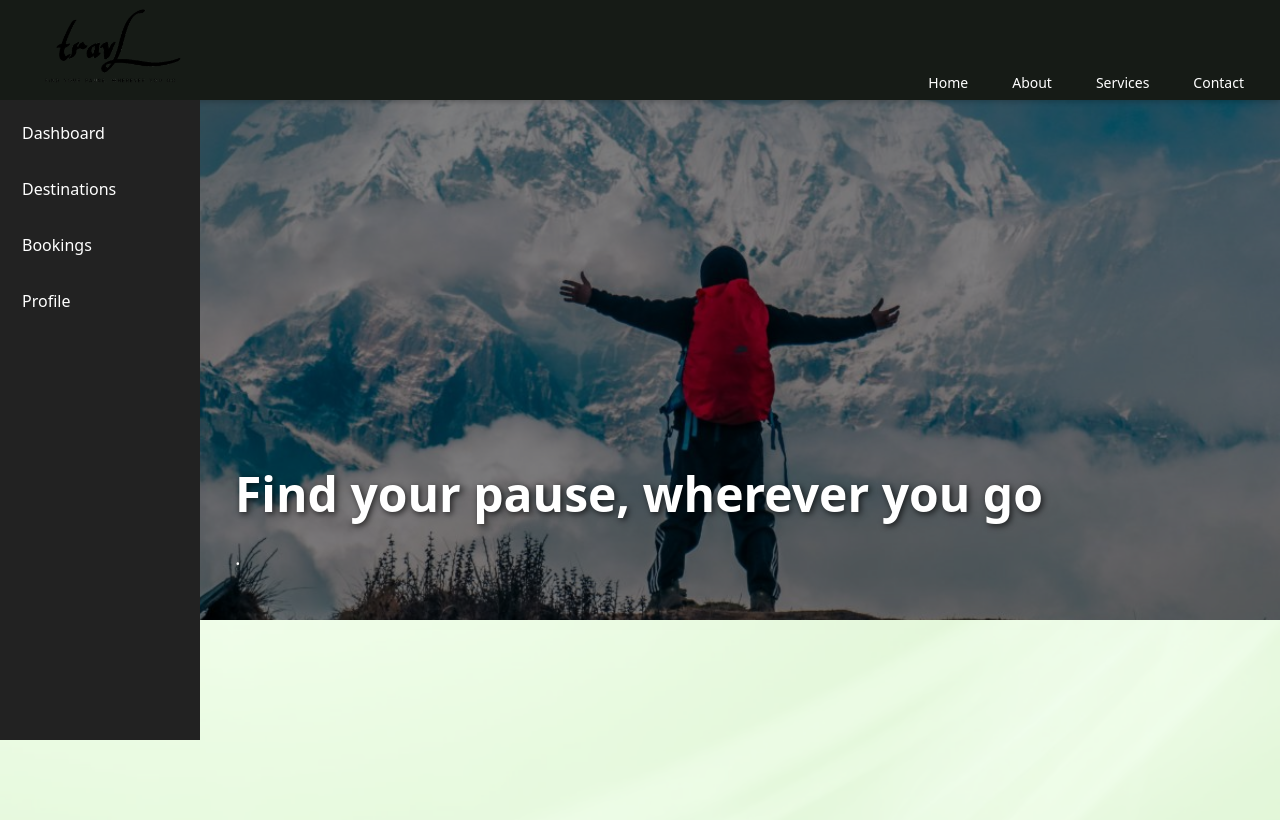
Repository: Nakib-Arman/Javafest25---travL
Page: / (app in Frontend/)
An editor plug-in stored every save of this project. The page is shown before and after the next save, followed by the edit.
The browser window is 1280 px wide. The pictures show the whole page.
Pictures or frames that could not be fetched are drawn as grey boxes. The project was rebuilt for these pictures with package versions that can differ from the ones it lists, and the page was loaded fresh each time. Also part of the build but not shown: Frontend/vite.config.js.

Above is the page before, as saved 2025-08-13 01:15:40.

### Frontend/src/App.jsx
import { useState } from 'react'

import Home from './Components/Home'

function App() {
  const [count, setCount] = useState(0)

  return (
    <div>
      <Home/>
    </div>
  )
}

export default App

### Frontend/src/Components/Home.jsx
import React, { useState, useEffect } from 'react';
import '../CSS/Home.css';
import Topbar from './Topbar';
import Sidebar from './Sidebar';

import img1 from '../assets/travel1.jpg';
import img2 from '../assets/travel2.jpg';
import img3 from '../assets/travel3.jpg';
import logo from '../assets/Logo1.png';  // adjust the path as needed


export default function Home() {
  const images = [img1, img2, img3];
  const [currentIndex, setCurrentIndex] = useState(0);

  useEffect(() => {
    const timer = setInterval(() => {
      setCurrentIndex((prev) => (prev + 1) % images.length);
    }, 8000);
    return () => clearInterval(timer);
  }, [images.length]);

  return (
    <div className="home-container">
      <Topbar />
      <Sidebar />

      <div className="slideshow-container">
        <div
          className="slide-track"
          style={{ transform: `translateX(-${currentIndex * 100}%)` }}
        >
          {images.map((src, idx) => (
            <img key={idx} src={src} alt={`Slide ${idx}`} className="slide-image" />
          ))}
        </div>

        <div className="overlay-text">
          <h1>Find your pause, wherever you go</h1>
          <p>.</p>
        </div>
      </div>
    </div>
  );
}

### Frontend/src/CSS/Home.css
.home-container {
    margin: 0;
    padding: 0;

    height: 100vh;
    width: 100vw;

    background-image: url('../assets/background2.jpg');
    background-position: center;
    background-repeat: no-repeat;
    background-size: cover;

    position: relative;
    color: black;
}


.home-container::before {
    content: '';
    position: absolute;
    top: 0;
    left: 0;
    right: 0;
    bottom: 0;
    background: rgba(241, 255, 238, 0.9);
    z-index: 1;
    pointer-events: none;
}



/* Slideshow adjusted to leave space for navbars */
.slideshow-container {
    position: relative;
    margin-top: 100px;
    /* space for topbar */
    margin-left: 180px;
    /* space for sidebar */
    width: calc(100% - 180px);
    height: calc(100% - 200px);
    /* 60% of viewport height */
    overflow: hidden;
    background-color: black;
    /* fallback */
    z-index: 2;
}

.slide-track {
    display: flex;
    transition: transform 0.8s ease-in-out;
    height: 100%;
}

.slide-image {
    min-width: 100%;
    height: 100%;
    object-fit: cover;
    opacity: 0.5;
}

/* Text overlay on slideshow */
.overlay-text {
    position: absolute;
    bottom: 5%;
    left: 5%;
    transform: none;
    text-align: left;
    color: white;
    text-shadow: 2px 2px 6px rgba(0, 0, 0, 0.7);
    z-index: 2;
}

.overlay-text h1 {
    font-size: 3rem;
    margin-bottom: 10px;
}

.overlay-text p {
    font-size: 1.3rem;
}

### Frontend/src/Components/Topbar.jsx
// src/components/Topbar.js
import React from 'react';
import '../CSS/Topbar.css';

export default function Topbar() {
  return (
    <nav className="topbar">
      <a className="logo-link" href="/"></a>

      <div className="nav-buttons">
        <button>Home</button>
        <button>About</button>
        <button>Services</button>
        <button>Contact</button>
      </div>
    </nav>
  );
}

### Frontend/src/Components/Sidebar.jsx
// src/components/Sidebar.js
import React from 'react';
import '../CSS/Sidebar.css';

export default function Sidebar() {
  return (
    <div className="sidebar">
      <button>Dashboard</button>
      <button>Destinations</button>
      <button>Bookings</button>
      <button>Profile</button>
    </div>
  );
}

### Frontend/src/CSS/Topbar.css
.topbar {
    position: fixed;
    top: 0;
    left: 0;
    right: 0;
    height: 100px;
    background-color: #161b16;
    display: flex;
    justify-content: space-between;
    align-items: flex-end;
    padding: 0 20px;
    box-shadow: 0 2px 5px rgba(0,0,0,0.2);
    z-index: 1000;
  }

  /* Logo */
  .logo-link {
    display: inline-block;
    height: 100px;   /* make bigger if needed */
    width: 180px;
    background-image: url('../assets/Logo1.png');
    background-size: contain;
    background-repeat: no-repeat;
    background-position: center;
  }

  /* Navigation buttons container */
  .nav-buttons {
    display: flex;
    gap: 12px;
  }

  /* Button styling */
  .nav-buttons button {
    background-color: transparent;
    color: white;
    border: none;
    padding: 8px 16px;
    border-radius: 6px;
    font-size: 14px;
    font-weight: 500;
    cursor: pointer;
    transition: background-color 0.3s ease;
  }

  .nav-buttons button:hover {
    background-color: white;
    color: black;
  }

### Frontend/src/CSS/Sidebar.css
.sidebar {
    position: fixed;
    top: 100px; /* below topbar height */
    left: 0;
    width: 180px;
    height: calc(100vh - 100px);
    background-color: #222;
    display: flex;
    flex-direction: column;
    padding: 10px;
    gap: 10px;
    z-index: 1000;
  }

  .sidebar button {
    background-color: transparent;
    color: white;
    border: none;
    padding: 12px;
    text-align: left;
    border-radius: 4px;
    cursor: pointer;
    transition: background-color 0.3s ease;
  }

  .sidebar button:hover {
    background-color: #666;
  }

Loaded but not shown: Frontend/index.html (common file); Frontend/src/main.jsx (common file); Frontend/src/index.css (common file)

After the next save:
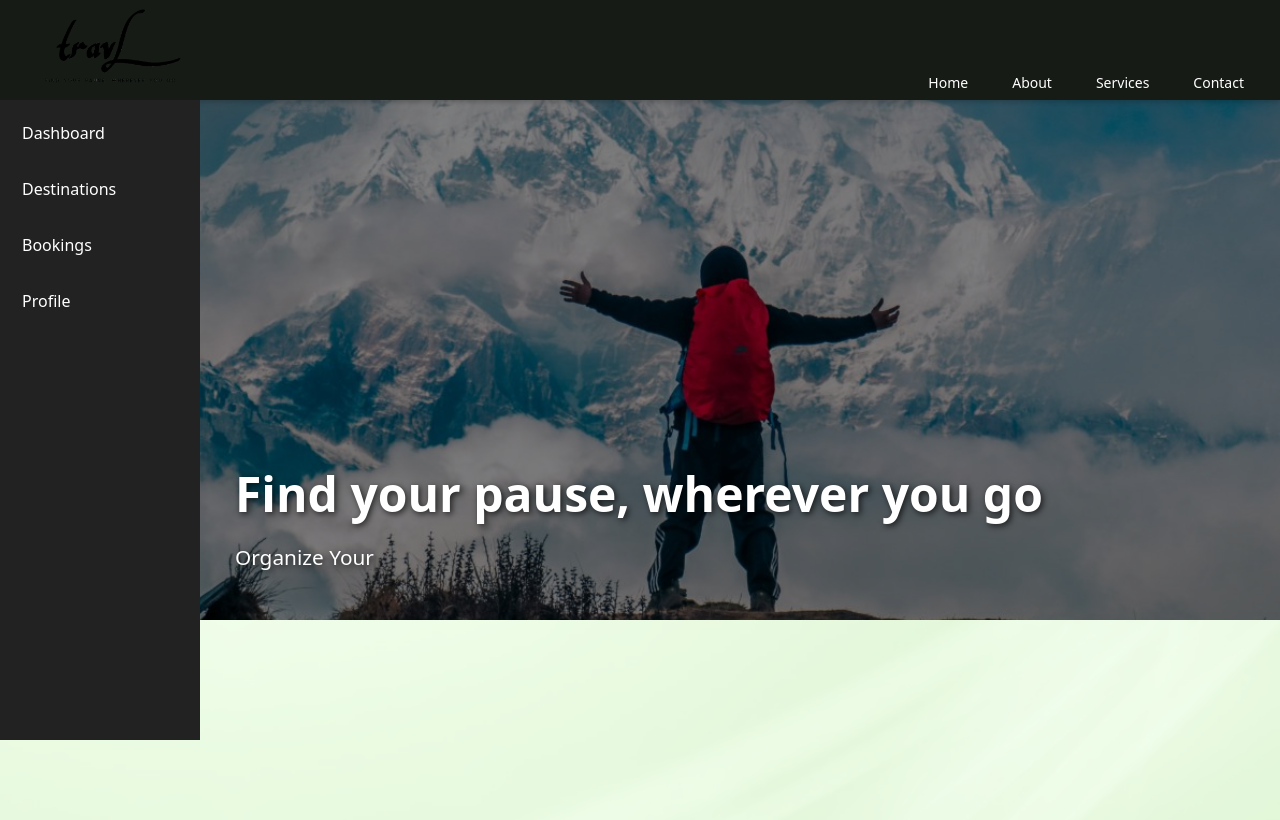
Saved 21 s later.
--- a/Frontend/src/Components/Home.jsx
+++ b/Frontend/src/Components/Home.jsx
@@ -37,7 +37,7 @@ export default function Home() {
 
         <div className="overlay-text">
           <h1>Find your pause, wherever you go</h1>
-          <p>.</p>
+          <p>Organize Your </p>
         </div>
       </div>
     </div>
